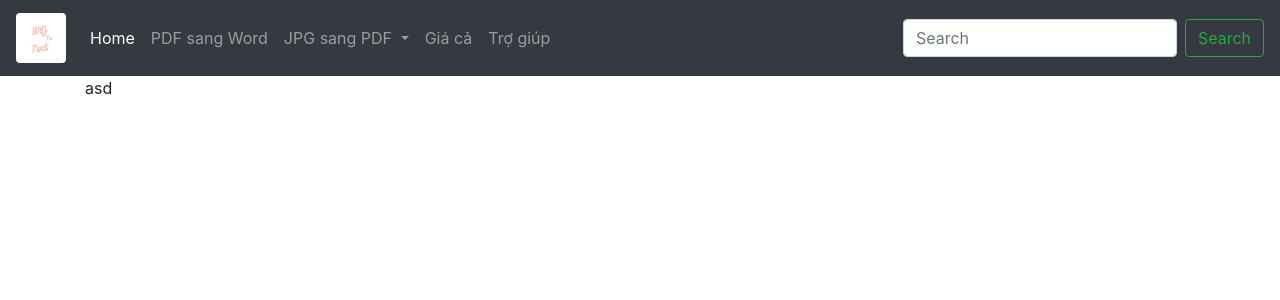
Repository: Tung1227/PBL6-2022
Page: index.html
An editor plug-in stored every save of this project. The page is shown before and after the next save, followed by the edit.
The browser window is 1280 px wide. The pictures show the whole page.

Above is the page before, as saved 2022-09-16 20:22:10.

### index.html
<!doctype html>
<html lang="en">

<head>
    <title>Title</title>
    <!-- Required meta tags -->
    <meta charset="utf-8">
    <meta name="viewport" content="width=device-width, initial-scale=1, shrink-to-fit=no">

    <!-- Bootstrap CSS -->
    <link rel="stylesheet" href="https://stackpath.bootstrapcdn.com/bootstrap/4.3.1/css/bootstrap.min.css"
        integrity="sha384-ggOyR0iXCbMQv3Xipma34MD+dH/1fQ784/j6cY/iJTQUOhcWr7x9JvoRxT2MZw1T" crossorigin="anonymous">
</head>

<body>
    <nav class="navbar navbar-expand-lg navbar-dark bg-dark">
        <a class="navbar-brand" href="#">
            <img class="rounded" src="public/img/logo.png" width="50" height="50" alt="">
        </a>
        <button class="navbar-toggler" type="button" data-toggle="collapse" data-target="#navbarSupportedContent"
            aria-controls="navbarSupportedContent" aria-expanded="false" aria-label="Toggle navigation">
            <span class="navbar-toggler-icon"></span>
        </button>

        <div class="collapse navbar-collapse" id="navbarSupportedContent">
            <ul class="navbar-nav mr-auto">
                <li class="nav-item active">
                    <a class="nav-link" href="#">Home <span class="sr-only">(current)</span></a>
                </li>
                <li class="nav-item">
                    <a class="nav-link" href="#">PDF sang Word</a>
                </li>
                <li class="nav-item dropdown">
                    <a class="nav-link dropdown-toggle" href="#" id="navbarDropdown" role="button"
                        data-toggle="dropdown" aria-haspopup="true" aria-expanded="false">
                        JPG sang PDF
                    </a>
                    <div class="dropdown-menu" aria-labelledby="navbarDropdown">
                        <a class="dropdown-item" href="#">Action</a>
                        <a class="dropdown-item" href="#">Another action</a>
                        <div class="dropdown-divider"></div>
                        <a class="dropdown-item" href="#">Something else here</a>
                    </div>
                </li>
                <li class="nav-item">
                    <a class="nav-link" href="#">Giá cả</a>
                </li>
                <li class="nav-item">
                    <a class="nav-link" href="#">Trợ giúp</a>
                </li>
            </ul>
            <form class="form-inline my-2 my-lg-0 ">
                <input class="form-control mr-sm-2" type="search" placeholder="Search" aria-label="Search">
                <button class="btn btn-outline-success my-2 my-sm-0 " type="submit">Search</button>
            </form>
        </div>
    </nav>
    <div class="container">
        <div class="col-xs-1-12">
            asd
        </div>
    </div>
    <!-- Optional JavaScript -->
    <!-- jQuery first, then Popper.js, then Bootstrap JS -->
    <script src="https://code.jquery.com/jquery-3.3.1.slim.min.js"
        integrity="sha384-q8i/X+965DzO0rT7abK41JStQIAqVgRVzpbzo5smXKp4YfRvH+8abtTE1Pi6jizo"
        crossorigin="anonymous"></script>
    <script src="https://cdnjs.cloudflare.com/ajax/libs/popper.js/1.14.7/umd/popper.min.js"
        integrity="sha384-UO2eT0CpHqdSJQ6hJty5KVphtPhzWj9WO1clHTMGa3JDZwrnQq4sF86dIHNDz0W1"
        crossorigin="anonymous"></script>
    <script src="https://stackpath.bootstrapcdn.com/bootstrap/4.3.1/js/bootstrap.min.js"
        integrity="sha384-JjSmVgyd0p3pXB1rRibZUAYoIIy6OrQ6VrjIEaFf/nJGzIxFDsf4x0xIM+B07jRM"
        crossorigin="anonymous"></script>
</body>

</html>

After the next save:
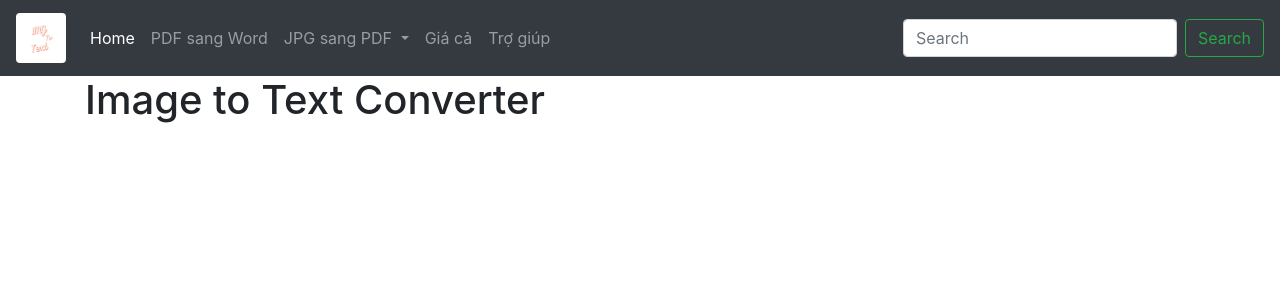
Saved 15 s later.
--- a/index.html
+++ b/index.html
@@ -57,7 +57,7 @@
     </nav>
     <div class="container">
         <div class="col-xs-1-12">
-            asd
+            <h1 class="h_tool">Image to Text Converter</h1>
         </div>
     </div>
     <!-- Optional JavaScript -->
